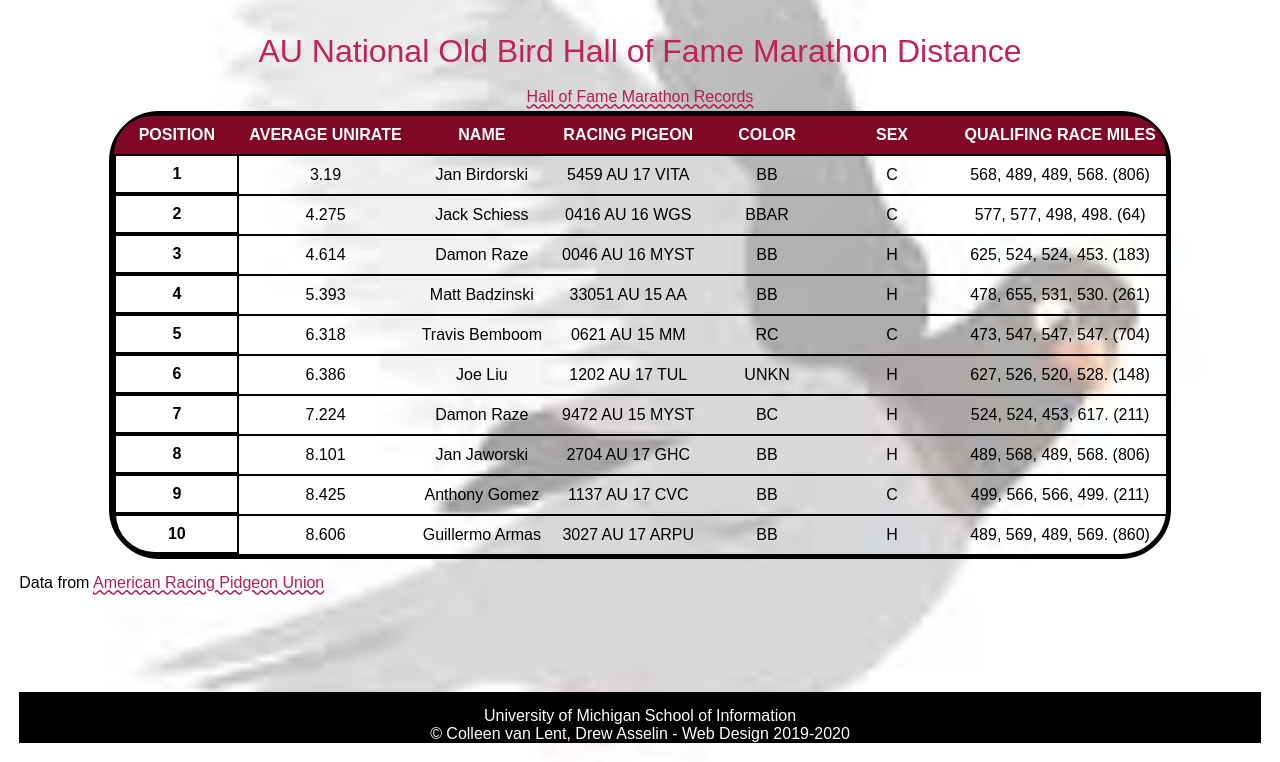
Repository: jiaqili0803/SI_539
Page: hw4-2021-main/hw4-2021-main/index.html
The author's editor kept a copy of each file at every save. The page is drawn from the files as they stood at one save, then again after the next save.
The browser window is 1280 px wide. The pictures show the whole page.
Some web fonts or font styles are not loaded; a fallback is used.

Above is the page before, as saved 2021-10-02 18:17:48.

### hw4-2021-main/hw4-2021-main/index.html
<!DOCTYPE html>
<html lang="en">
  <head>
    <meta charset="UTF-8">
    <link rel="shortcut icon" type="image/png" href="images/pigeon-icon.png"/>
    <link rel="stylesheet", type="text/css" href="css/html5reset.css">
    <link rel="stylesheet", type="text/css" href="css/style.css">
    <link href='https://fonts.googleapis.com/css?family=Andika' rel='stylesheet'>

    <!-- Image by <a href="https://pixabay.com/users/chiplanay-1971251/?utm_source=link-attribution&amp;utm_medium=referral&amp;utm_campaign=image&amp;utm_content=3303111">chiplanay</a> from <a href="https://pixabay.com/?utm_source=link-attribution&amp;utm_medium=referral&amp;utm_campaign=image&amp;utm_content=3303111">Pixabay</a> -->
    <title>2021 AU National Old Bird Hall of Fame Marathon Distance</title>
  </head>
  <!-- ***************************************
  * Tips!
  *
  * Remember there are two parts of a table - thead and tbody!
  *        This will be helpful to remember when making rounded corners.
  *
  * Classes that are in-line are helpful for formatting the parts you want.
  *        But what if you want to format something programmatically? Remember Psuedoclasses!
  *
  * Setting background images in CSS can be alittle tricky. Double-check the formatting!
  *        It works a litle differently than adding images in HTML
  *
  * Remember you want the footer to always be at the very bottom of the page.
  *        Remember the different kinds of positining. You also might want to look at the margins for the main section!
  *
  * Using web fonts requires two parts - one goes in the HTML and one goes in the CSS
  *
  * You can do it! (*•̀ᴗ•́*)و
  ******************************************** -->
  <body>
    <h1>AU National Old Bird Hall of Fame Marathon Distance</h1>
    <main>
      <table>
        <caption><a href = "https://pigeon-ndb.com/results/">Hall of Fame Marathon Records</a></caption>
      <thead>
        <tr>
          <th scope="col" class="colhead">Position</th>
          <th scope="col" class="colhead">Average Unirate</th>
          <th scope="col" class="colhead">Name</th>
          <th scope="col" class="colhead">Racing Pigeon</th>
          <th scope="col" class="colhead">Color</th>
          <th scope="col" class="colhead">Sex</th>
          <th scope="col" class="colhead">Qualifing Race Miles</th>
        </tr>
      </thead>
      <tbody>
       <tr>
         <th scope="row" class="rowhead">1</th>
         <td>3.19</td>
         <td>Jan Birdorski</td>
         <td>5459 AU 17 VITA</td>
         <td>BB</td>
         <td>C</td>
         <td>568, 489, 489, 568. (806)</td>
       </tr>
       <tr>
         <th scope="row" class="rowhead">2</th>
         <td>4.275</td>
         <td>Jack Schiess</td>
         <td>0416 AU 16 WGS</td>
         <td>BBAR</td>
         <td>C</td>
         <td>577, 577, 498, 498. (64)</td>
       </tr>
       <tr>
         <th scope="row" class="rowhead">3</th>
         <td>4.614</td>
         <td>Damon Raze</td>
         <td>0046 AU 16 MYST</td>
         <td>BB</td>
         <td>H</td>
         <td>625, 524, 524, 453. (183)</td>
       </tr>
       <tr>
         <th scope="row" class="rowhead">4</th>
         <td>5.393</td>
         <td>Matt Badzinski</td>
         <td>33051 AU 15 AA</td>
         <td>BB</td>
         <td>H</td>
         <td>478, 655, 531, 530. (261)</td>
       </tr>
       <tr>
         <th scope="row" class="rowhead">5</th>
         <td>6.318</td>
         <td>Travis Bemboom</td>
         <td>0621 AU 15 MM</td>
         <td>RC</td>
         <td>C</td>
         <td>473, 547, 547, 547. (704)</td>
       </tr>
       <tr>
         <th scope="row" class="rowhead">6</th>
         <td>6.386</td>
         <td>Joe Liu</td>
         <td>1202 AU 17 TUL</td>
         <td>UNKN</td>
         <td>H</td>
         <td>627, 526, 520, 528. (148)</td>
       </tr>
       <tr>
         <th scope="row" class="rowhead">7</th>
         <td>7.224</td>
         <td>Damon Raze</td>
         <td>9472 AU 15 MYST</td>
         <td>BC</td>
         <td>H</td>
         <td>524, 524, 453, 617. (211)</td>
       </tr>
       <tr>
         <th scope="row" class="rowhead">8</th>
         <td>8.101</td>
         <td>Jan Jaworski</td>
         <td>2704 AU 17 GHC</td>
         <td>BB</td>
         <td>H</td>
         <td>489, 568, 489, 568. (806)</td>
       </tr>
       <tr>
         <th scope="row" class="rowhead">9</th>
         <td>8.425</td>
         <td>Anthony Gomez</td>
         <td>1137 AU 17 CVC</td>
         <td>BB</td>
         <td>C</td>
         <td>499, 566, 566, 499. (211)</td>
       </tr>
       <tr>
         <th scope="row" class="rowhead">10</th>
         <td>8.606</td>
         <td>Guillermo Armas</td>
         <td>3027 AU 17 ARPU</td>
         <td>BB</td>
         <td>H</td>
         <td>489, 569, 489, 569. (860)</td>
       </tr>
      </tbody>
    </table>
    <p class="datacite">Data from <a href="https://pigeon-ndb.com/results/hof">American Racing Pidgeon Union</a></p>
    </main>
    <footer>
      <p>University of Michigan School of Information <br/>
        &copy; Colleen van Lent, Drew Asselin - Web Design 2019-2020</p>
    </footer>
  </body>
</html>

### hw4-2021-main/hw4-2021-main/css/html5reset.css
/*
    HTML5 Reset :: style.css
    ----------------------------------------------------------
    We have learned much from/been inspired by/taken code where offered from:
    Eric Meyer                  :: http://meyerweb.com
    HTML5 Doctor                :: http://html5doctor.com
    and the HTML5 Boilerplate   :: http://html5boilerplate.com
-------------------------------------------------------------------------------*/

/* Let's default this puppy out
-------------------------------------------------------------------------------*/

html, body, body div, span, object, iframe, h1, h2, h3, h4, h5, h6, p, blockquote, pre, abbr, address, cite, code, del, dfn, em, img, ins, kbd, q, samp, small, strong, sub, sup, var, b, i, dl, dt, dd, ol, ul, li, fieldset, form, label, legend, table, caption, tbody, tfoot, thead, tr, th, td, article, aside, figure, footer, header, menu, nav, section, time, mark, audio, video, details, summary {
    margin: 0;
    padding: 0;
    border: 0;
    font-size: 100%;
    font-weight: normal;
    vertical-align: baseline;
    background: transparent;
}

main, article, aside, figure, footer, header, nav, section, details, summary {display: block;}

/* Handle box-sizing while better addressing child elements:
   http://css-tricks.com/inheriting-box-sizing-probably-slightly-better-best-practice/ */
html {
    box-sizing: border-box;
}

*,
*:before,
*:after {
    box-sizing: inherit;
}

/* consider resetting the default cursor: https://gist.github.com/murtaugh/5247154 */

/* Responsive images and other embedded objects */
/* if you don't have full control over `img` tags (if you have to overcome attributes), consider adding height: auto */
img,
object,
embed {max-width: 100%;}

/*
   Note: keeping IMG here will cause problems if you're using foreground images as sprites.
    In fact, it *will* cause problems with Google Maps' controls at small size.
    If this is the case for you, try uncommenting the following:
#map img {
        max-width: none;
}
*/

/* force a vertical scrollbar to prevent a jumpy page */
html {overflow-y: scroll;}

/* we use a lot of ULs that aren't bulleted.
    you'll have to restore the bullets within content,
    which is fine because they're probably customized anyway */
ul {list-style: none;}

blockquote, q {quotes: none;}

blockquote:before,
blockquote:after,
q:before,
q:after {content: ''; content: none;}

a {margin: 0; padding: 0; font-size: 100%; vertical-align: baseline; background: transparent;}

del {text-decoration: line-through;}

abbr[title], dfn[title] {border-bottom: 1px dotted #000; cursor: help;}

/* tables still need cellspacing="0" in the markup */
table {border-collapse: separate; border-spacing: 0;}
th {font-weight: bold; vertical-align: bottom;}
td {font-weight: normal; vertical-align: top;}

hr {display: block; height: 1px; border: 0; border-top: 1px solid #ccc; margin: 1em 0; padding: 0;}

input, select {vertical-align: middle;}

pre {
    white-space: pre; /* CSS2 */
    white-space: pre-wrap; /* CSS 2.1 */
    white-space: pre-line; /* CSS 3 (and 2.1 as well, actually) */
    word-wrap: break-word; /* IE */
}

input[type="radio"] {vertical-align: text-bottom;}
input[type="checkbox"] {vertical-align: bottom;}
.ie7 input[type="checkbox"] {vertical-align: baseline;}
.ie6 input {vertical-align: text-bottom;}

select, input, textarea {font: 99% sans-serif;}

table {font-size: inherit; font: 100%;}

small {font-size: 85%;}

strong {font-weight: bold;}

td, td img {vertical-align: top;}

/* Make sure sup and sub don't mess with your line-heights http://gist.github.com/413930 */
sub, sup {font-size: 75%; line-height: 0; position: relative;}
sup {top: -0.5em;}
sub {bottom: -0.25em;}

/* standardize any monospaced elements */
pre, code, kbd, samp {font-family: monospace, sans-serif;}

/* hand cursor on clickable elements */
.clickable,
label,
input[type=button],
input[type=submit],
input[type=file],
button {cursor: pointer;}

/* Webkit browsers add a 2px margin outside the chrome of form elements */
button, input, select, textarea {margin: 0;}

/* make buttons play nice in IE */
button,
input[type=button] {width: auto; overflow: visible;}

/* scale images in IE7 more attractively */
.ie7 img {-ms-interpolation-mode: bicubic;}

/* prevent BG image flicker upon hover
   (commented out as usage is rare, and the filter syntax messes with some pre-processors)
.ie6 html {filter: expression(document.execCommand("BackgroundImageCache", false, true));}
*/

/* let's clear some floats */
.clearfix:after { content: " "; display: block; clear: both; }

### hw4-2021-main/hw4-2021-main/css/style.css
/*STARTER CODE*/

/*
We have started some of the selectors for you.
For others we have provided hints on what the selectors should be.
There are some missing selectors.
Make sure to learn what the starter code does!!
*/

/*STARTER CODE - DO NOT CHANGE*/
main{
  margin-bottom: 100px;
}

caption{
  margin:5px 0px;
}

/* If you decide to uncomment this code, comment it back for the Autograder. */
/* tr{
  -webkit-transition: background-color 0.5s ease;
  transition: background-color 0.5s ease;
} */

/*END STARTER CODE*/

body{
  color: #000000;
  font-size: 16px;
  margin: 1.2em;
  background-size: cover ;
  background-position: center;
  font-family: "Andika", Sans-Serif;
  background-image: url("../images/pigeon-background.JPEG");
  background-color: #DDDDDD;

  /*Req 1*/
}

h1{
  color: #c12258;
  font-size: 32px;
  text-align:center;
  line-height: 2 ;

  /*Req 2*/
}

p{
  padding-top: 15px;

}

a{
  font-size: 16px;
  color: #B21F50;
  text-decoration-style: wavy;

}

/*Req 5*/
/*Add selector and rule here*/
*:focus {
  border-width: 3px;
  border-color: #417243;
  border-style: dashed;
}


td{
  text-align:center;
  border-top: 2px solid #000000;
  padding: 10px

}


.colhead{
  color: #FFFFFF;
  min-width: 125px;
  padding: 10px;
  text-align: center;
  vertical-align: middle;
  background-color: #7e0825;
  text-transform: uppercase;





}

.rowhead{
  border: 2px solid #000000;
  text-align: center;
  vertical-align: middle;
  border-collapse: separate;

}


table{
  border: 5px solid #000000;
  margin-left: auto;
  margin-right: auto;

  /* border-collapse: separate; */
  border-radius: 50px;


}

/* I gave you the selector, but not the property-value pair.
You can use Inspect Element or your editor to find selectors. */
thead th:first-child{
  border-top-left-radius: 50px;
}

thead th:last-child{
  border-top-right-radius: 50px;
}

tbody tr:last-child th:first-child{
  border-bottom-left-radius: 50px;


}



/*Add selectors and rules here*/



footer{
  width:100%;
  background:#000000;
  text-align:center;
  color: #FFFFFF;
}

After the next save:
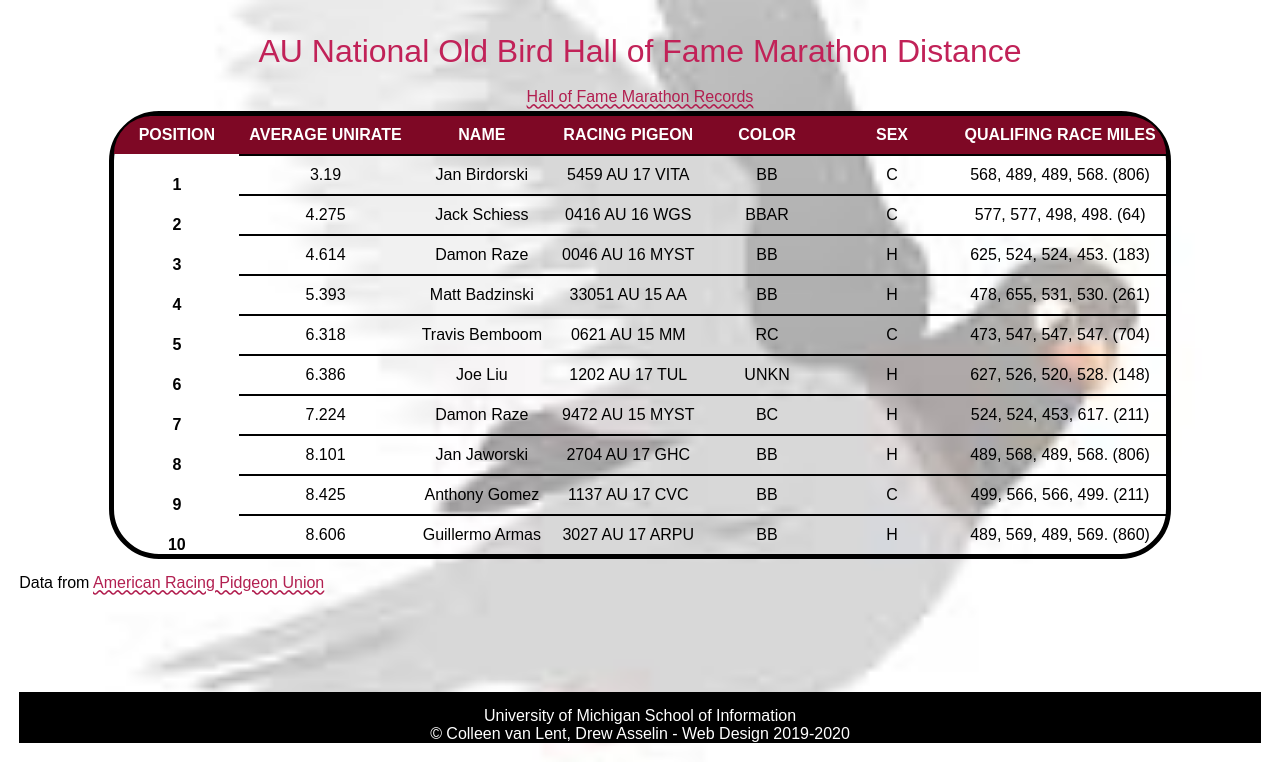
Saved 89 s later.
--- a/hw4-2021-main/hw4-2021-main/css/style.css
+++ b/hw4-2021-main/hw4-2021-main/css/style.css
@@ -91,10 +91,8 @@ td{
 }
 
 .rowhead{
-  border: 2px solid #000000;
-  text-align: center;
-  vertical-align: middle;
-  border-collapse: separate;
+  /* border: 2px solid #000000;
+   */
 
 }
 
